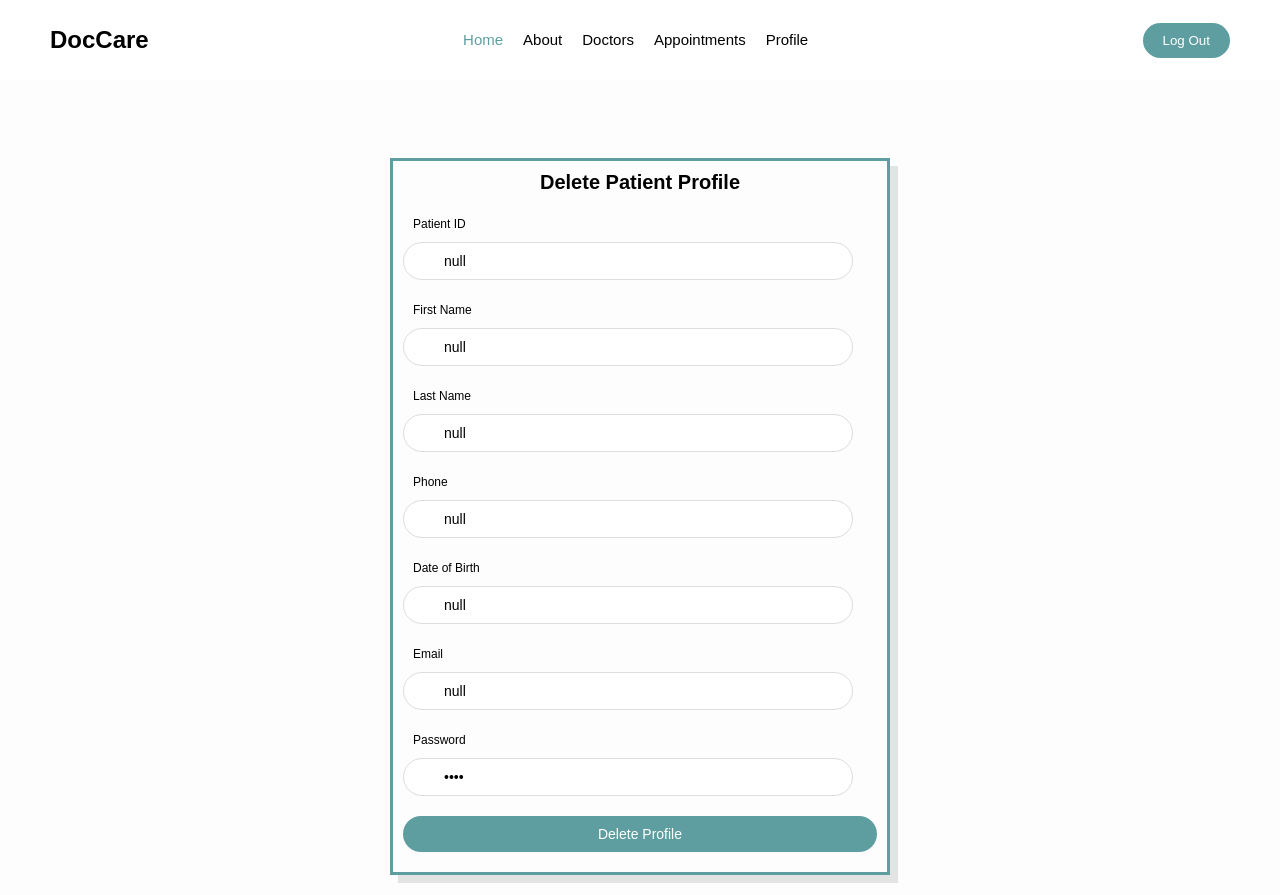
Repository: MonaliWatareka/echanneling
Page: http://localhost/PatientDemo/patientAccountDelete.jsp
An editor plug-in stored every save of this project. The page is shown before and after the next save, followed by the edit.
The browser window is 1280 px wide. The pictures show the whole page.
The page is served by Tomcat 10. Other server files are loaded and not shown.

Above is the page before, as saved 2024-10-13 04:13:54.

### Project/PatientDemo/src/main/webapp/patientAccountDelete.jsp
<%@ page language="java" contentType="text/html; charset=UTF-8"
    pageEncoding="UTF-8"%>
<!DOCTYPE html>
<html lang="en">
<head>
    <meta charset="UTF-8">
    <meta name="viewport" content="width=device-width, initial-scale=1.0">
    <title>Delete Patient Profile</title>
   <link rel="stylesheet" href="${pageContext.request.contextPath}/css/login.css">

</head>
<body>

    <<!-- Navigation Bar -->
    <div class="nav">
        <div class="nav-logo">
            <p>DocCare</p>
        </div>
        <div class="nav-menu">
            <ul>
                <li><a href="Home.jsp" class="link active" >Home</a></li>
                    <li><a href="About.jsp" class="link ">About</a></li>
                    <li><a href="AvailabilityDisplayServlet" class="link ">Doctors</a></li>
                    <li><a href="#" class="link ">Appointments</a></li>
                    <li><a href="PatientAccServlet" class="link ">Profile</a></li>
            </ul>
        </div>
        <div class="nav-button">
                    <form action="logoutServlet" method="get">
                        <button type="submit" class="btn">Log Out</button>
                    </form>
                </div>
    </div>


    <%
    	String id=request.getParameter("id");
    	String fname=request.getParameter("fname");
    	String lname=request.getParameter("lname");
    	String phone=request.getParameter("phone");
    	String dob=request.getParameter("dob");
    	String email=request.getParameter("email");
    	String password=request.getParameter("password");

    %>

    <div class="wrapper">

            <div class="form-box">
                <div class="form-container">
                    <header>Delete Patient Profile</header>
                    <form action="PatientDeleteAccServlet" method="post">
                        <div class="input-box">
                            <label>Patient ID</label>
                            <input type="text" class="input-field" name="patientID" value="<%=id %>" readonly>
                        </div>

                        <div class="input-box">
                            <label>First Name</label>
                            <input type="text" class="input-field" name="patientFName" value="<%=fname %>" readonly>
                        </div>

                        <div class="input-box">
                            <label>Last Name</label>
                            <input type="text" class="input-field" name="patientLName" value="<%=lname %>" readonly>
                        </div>

                        <div class="input-box">
                            <label>Phone</label>
                            <input type="text" class="input-field" name="patientPhone" value="<%=phone %>" readonly>
                        </div>

                        <div class="input-box">
                            <label>Date of Birth</label>
                            <input type="text" class="input-field" name="patientDOB" value="<%=dob %>" readonly>
                        </div>

                        <div class="input-box">
                            <label>Email</label>
                            <input type="email" class="input-field" name="patientEmail" value="<%=email %>" readonly>
                        </div>

                        <div class="input-box">
                            <label>Password</label>
                            <input type="password" class="input-field" name="patientPassword" value="<%=password %>" readonly>
                        </div>

                        <div class="input-box">
                            <input type="submit" class="submit" value="Delete Profile">
                        </div>




                            </form>
                        </div>

                </div>
            </div>
</body>
</html>

### Project/PatientDemo/src/main/webapp/css/login.css

* {
    margin: 0;
    padding: 0;
    box-sizing: border-box;
    font-family: 'Arial', sans-serif;
}

body {

    background-color: #fdfdfd;
    display: flex;
    flex-direction: column;
    justify-content: flex-start;
    align-items: center;
    height: 100vh;
}

/* Navigation Bar */
.nav {
    width: 100%;
    height: 80px;
    background:rgb(255, 255, 255);
    display: flex;
    justify-content: space-between;
    align-items: center;
    padding: 0 50px;
    position: fixed;
    top: 0;
    left: 0;
    z-index: 100;
}

.nav-logo p {
    color: #000000;
    font-size: 24px;
    font-weight: bold;
}

.nav-menu ul {
    list-style: none;
    display: flex;
}

.nav-menu ul li {
    margin-right: 20px;
}

.nav-menu ul li a {
    color: #000000;
    text-decoration: none;
    font-size: 15px;
    transition: color 0.3s ease;
}

.nav-menu ul li a:hover,
.nav-menu ul li a.active {
    color:cadetblue;
}

.nav-button .btn {
    background-color: cadetblue;
    color: #fff;
    padding: 10px 20px;
    border: none;
    cursor: pointer;
    border-radius: 30px;
    transition: background-color 0.3s ease;
}

.nav-button .btn:hover {
    background-color: lightblue;
}

/* Wrapper and Form Styles */
.wrapper {

    width: 90%;
    max-width: 400px;
    padding: 20px;
    border: none;
    position: relative;
    margin-top: 120px;
    display: flex;
    justify-content: center;
    align-items: center;
    flex-direction: column;

}

.form-box {
    width: 500px;
    position: relative;

}

header {
    font-size: 20px;
    margin-top: 10px;
    font-weight: bold;
    margin-bottom: 20px;
    text-align: center;
}
label{
    font-size: 12px;
    margin-left: 10px;

}
.input-box {
    position: relative;

    margin-bottom: 20px;
}

.input-box i {
    position: absolute;
    left: 10px;
    top: 20px;
    color: #888;
}

.input-field {
    width: 95%;
    margin-top: 10px;
    padding: 10px 40px;
    border: 1px solid #ddd;
    border-radius: 25px;
    font-size: 14px;
}

.submit {
    width: 100%;
    padding: 10px;
    background-color: cadetblue;
    color: #fff;
    border: none;
    border-radius: 25px;
    cursor: pointer;
    font-size: 14px;
    transition: background-color 0.3s ease;
}

.submit:hover {
    background-color: lightblue;
}

.login-container,
.register-container {
    display: none;
    position: absolute;
    width: 100%;
    border: cadetblue solid;
    border-radius: 25px;
    padding: 20px;
    box-shadow: 8px 8px rgba(0, 0, 0, 0.1);

}
.form-container{

    width: 100%;
    max-width: 500px;
    margin: 0 auto;
    border: cadetblue solid;

    padding: 20px;
    box-shadow: 8px 8px rgba(0, 0, 0, 0.1);
    display: flex;
    flex-direction: column;
    padding: 0 10px;

}


.login-container.active,
.register-container.active {
    display: block;

}
.input-box select.input-field {
    padding: 10px 40px;
    -webkit-appearance: none; /* Remove default dropdown arrow appearance in WebKit browsers */
    -moz-appearance: none; /* Remove default dropdown arrow appearance in Mozilla browsers */
    appearance: none; /* Remove default dropdown arrow appearance in all browsers */
}
span {

    font-size: 20px;
    display: block;
    margin-bottom: 20px;
    text-align: center;
}

span a {
    color: cadetblue;
    cursor: pointer;
    text-decoration: none;
}

span a:hover {
    text-decoration: underline;
}

@media (max-width: 768px) {
    .nav {
        padding: 0 20px; /* Reduced padding for smaller screens */
        height: 60px; /* Adjusted height */
    }

    .nav-logo p {
        font-size: 20px; /* Smaller font size for logo */
    }

    .nav-menu ul li {
        margin-right: 10px; /* Reduced margin for menu items */
    }

    .nav-menu ul li a {
        font-size: 10px; /* Smaller font size for links */
    }

    .wrapper {
        width: 90%;
        margin-top: 100px; /* Adjust margin to fit screen */
    }

    header {
        font-size: 24px; /* Smaller font size for header */
    }

    .input-field {
        font-size: 14px; /* Smaller font size for input fields */
    }

    .submit {
        font-size: 14px; /* Smaller font size for submit button */
    }

    span {
        font-size: 15x; /* Smaller font size for span */
    }
}

@media (max-width: 480px) {
    .nav {
        padding: 0 10px; /* Further reduced padding for very small screens */
        height: 50px; /* Adjusted height */
    }

    .nav-logo p {
        font-size: 18px; /* Even smaller font size for logo */
    }

    .nav-menu ul li {
        margin-right: 5px; /* Further reduced margin for menu items */
    }

    .nav-menu ul li a {
        font-size: 8px; /* Even smaller font size for links */
    }

    .wrapper {
        margin-top: 80px; /* Further adjusted margin */
    }

    header {
        font-size: 20px; /* Smaller font size for header */
    }

    .input-field {
        font-size: 12px; /* Smaller font size for input fields */
    }

    .submit {
        font-size: 12px; /* Smaller font size for submit button */
    }

    span {
        font-size: 18px; /* Smaller font size for span */
    }
}

After the next save:
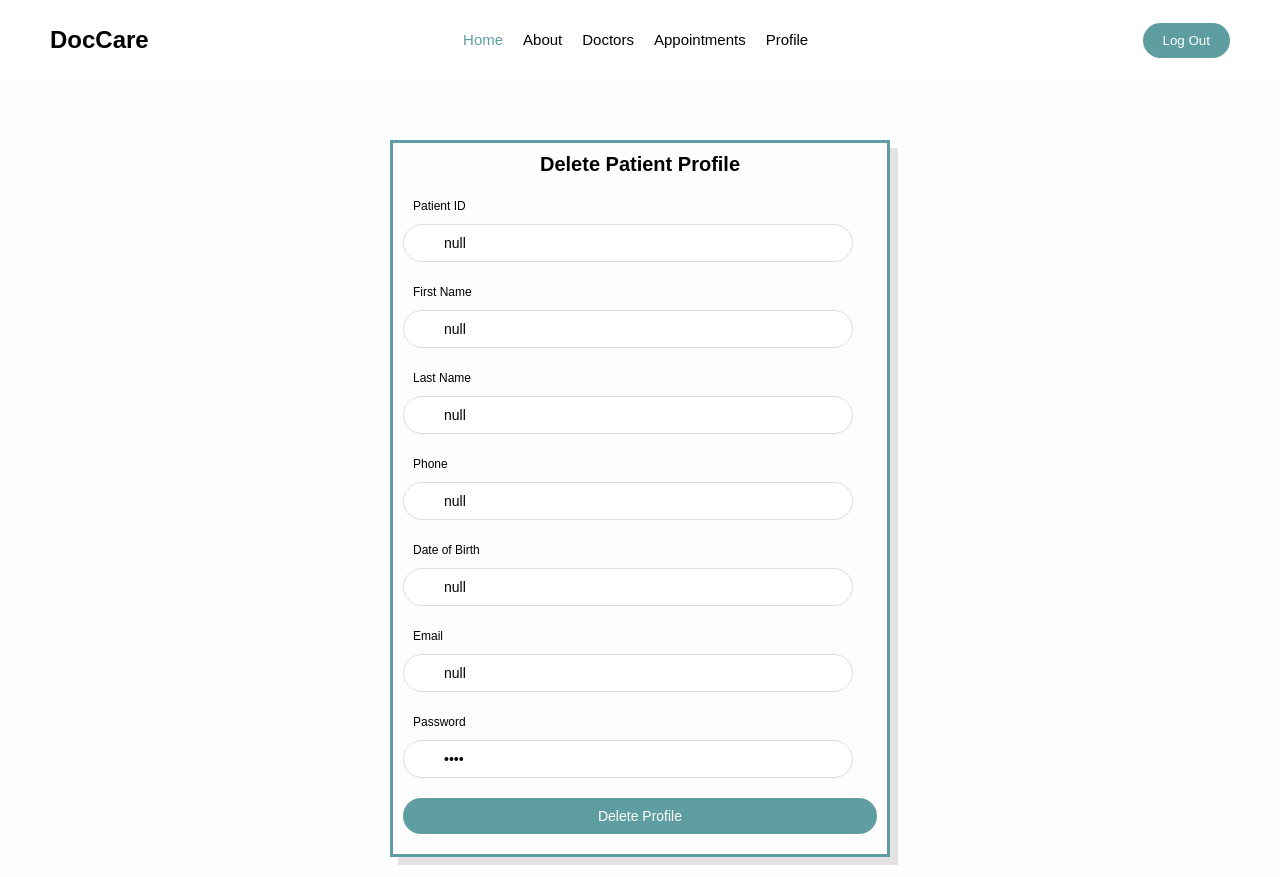
Saved 16 s later.
--- a/Project/PatientDemo/src/main/webapp/patientAccountDelete.jsp
+++ b/Project/PatientDemo/src/main/webapp/patientAccountDelete.jsp
@@ -11,7 +11,7 @@
 </head>
 <body>
 
-    <<!-- Navigation Bar -->
+    <!-- Navigation Bar -->
     <div class="nav">
         <div class="nav-logo">
             <p>DocCare</p>
